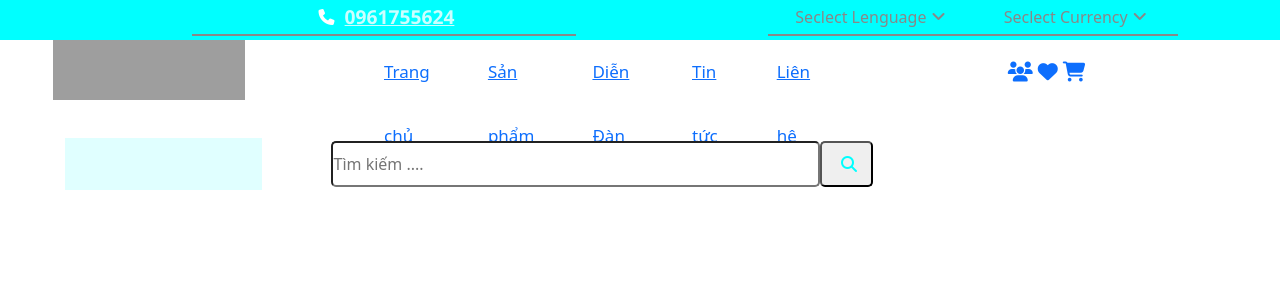
Repository: giacatdat2k5/Baitaplon
Page: da/d.html
These files come from the project's save history. The page is drawn as it stood at one moment and after the next save; the edit follows.
The browser window is 1280 px wide. The pictures show the whole page.
Pictures or frames that could not be fetched are drawn as grey boxes.

Above is the page before, as saved 2023-11-07 00:52:23.

After the next save:
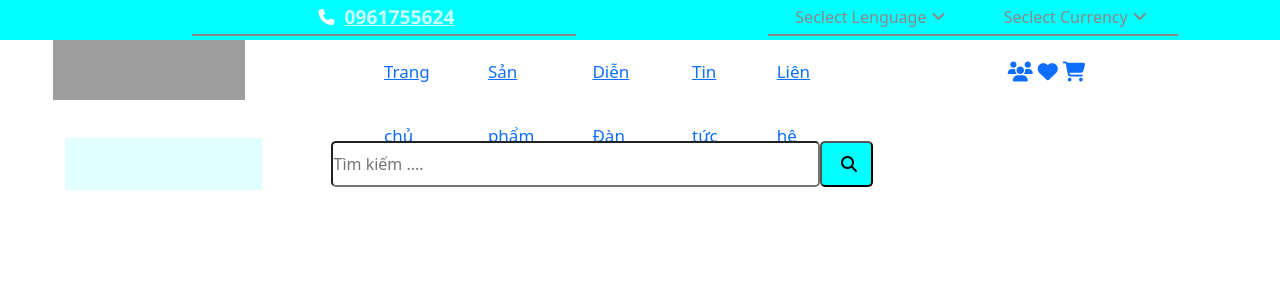
Saved 15 s later.
--- a/da/d.css
+++ b/da/d.css
@@ -167,5 +167,5 @@
     justify-content: center;
     align-items: center;
     border-radius: 5px;
-    color: aqua;
+    background-color: aqua;
 }
